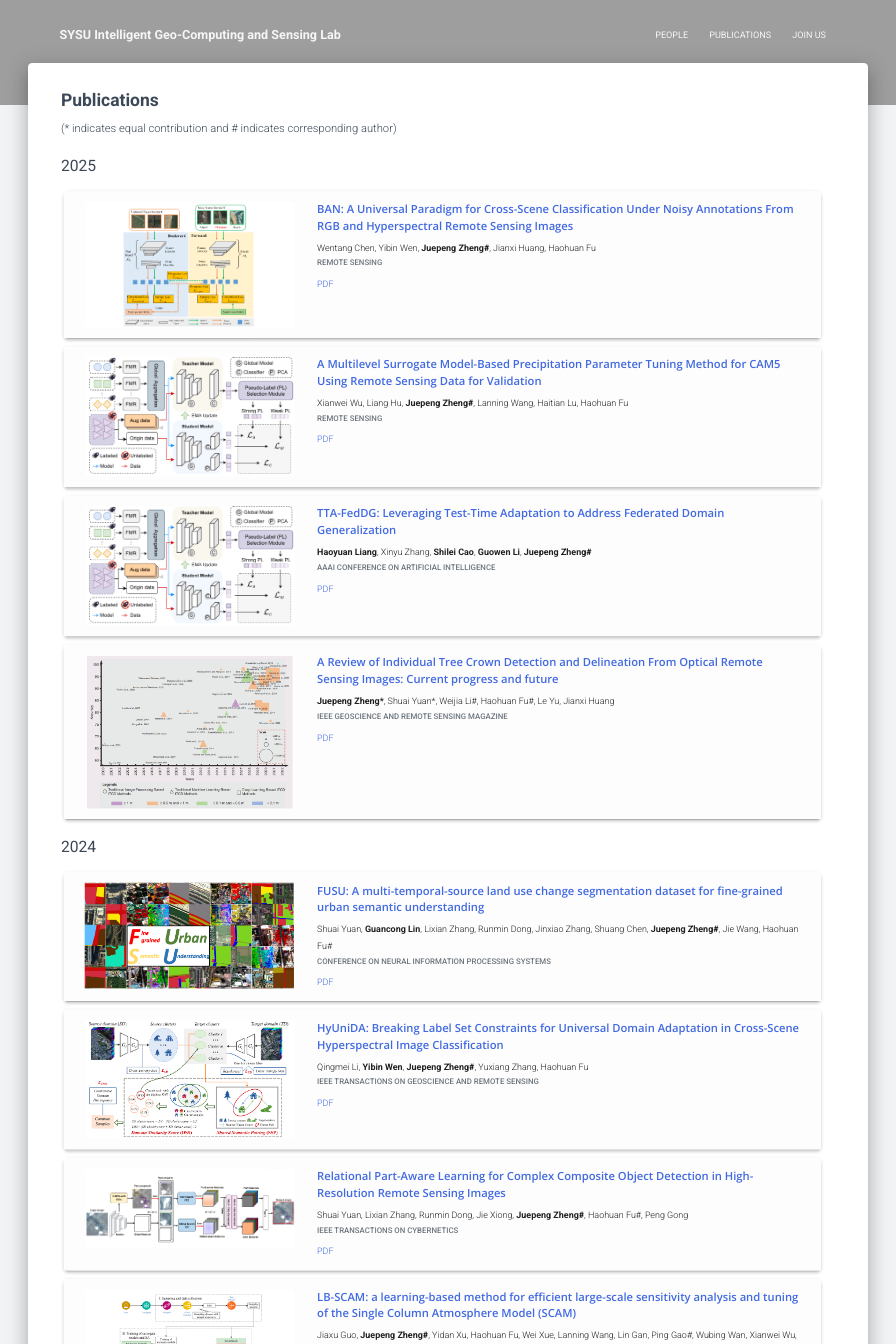
Repository: rssysu/rssysu.github.io
Page: pub.html
These files come from the project's save history. The page is drawn as it stood at one moment and after the next save; the edit follows.
The browser window is 1280 px wide. The pictures show the part of the page from y = 0 to 1920 px (the page is 4863 px tall before and 4822 px after), at 70% of full size.
Pictures or frames that could not be fetched are drawn as grey boxes. Some web libraries are served in a nearby version.

Above is the page before, as saved 2025-03-21 19:24:30.

After the next save:
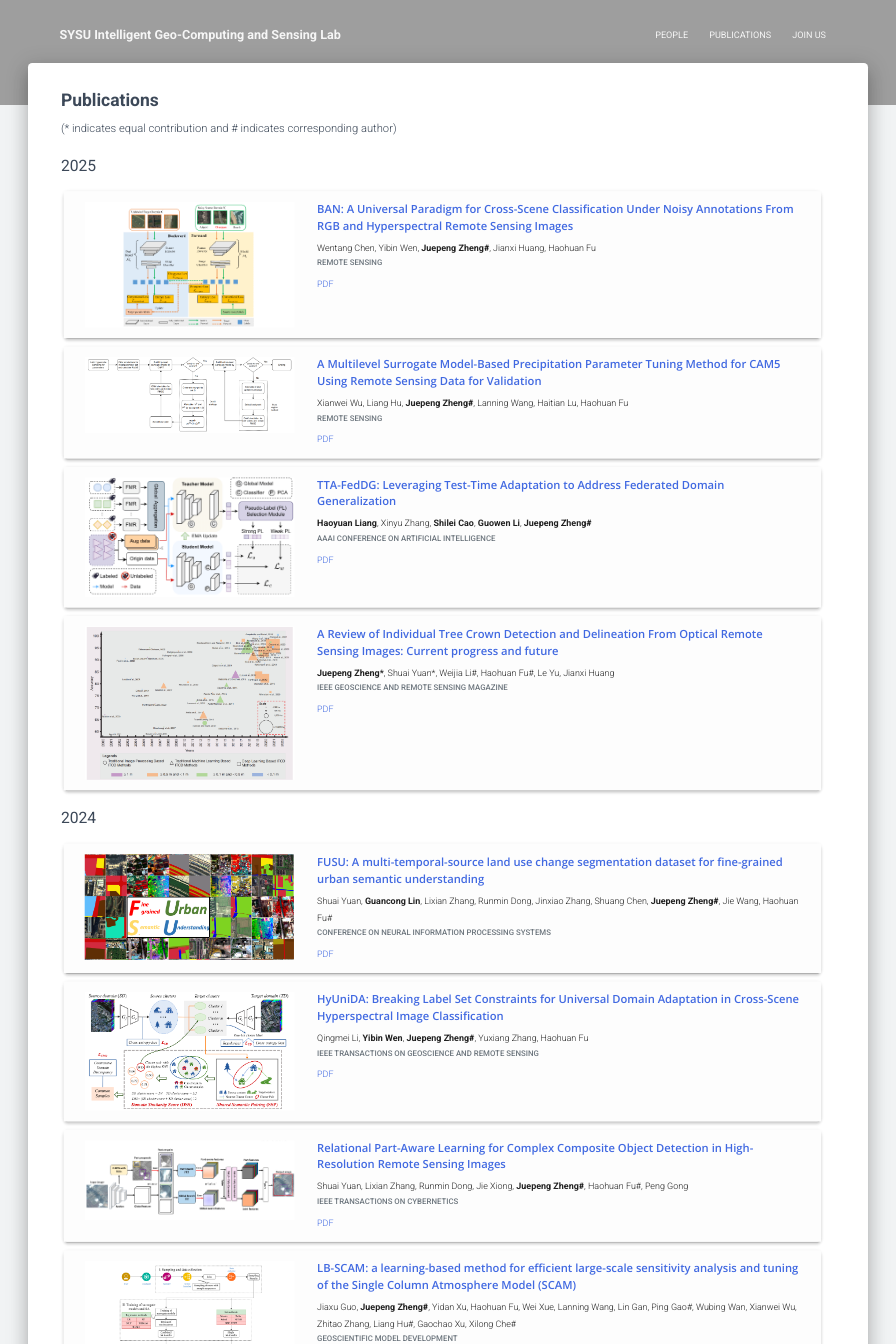
Saved 2 min 56 s later.
--- a/pub.html
+++ b/pub.html
@@ -88,7 +88,7 @@
         <div class="row-pub all">
           <div class="card" style="width: 97%;">
             <div class="card-body" style="background-color: rgb(253, 253, 253);">
-              <img class="card-pic-left" src="assets/paper/fedtta.png" width=300px>
+              <img class="card-pic-left" src="assets/paper/ams.png" width=300px>
               <h4 class="card-title" style="margin-top: -0.1em;"><a href="assets/paper/ams.pdf">A Multilevel Surrogate Model-Based Precipitation Parameter Tuning Method for CAM5 Using Remote Sensing Data for Validation</a>  </h4>
               <p class="card-text">Xianwei Wu, Liang Hu, <b>Juepeng Zheng#</b>, Lanning Wang, Haitian Lu, Haohuan Fu</p>
               <h6 class="card-subtitle mb-2 text-muted">Remote Sensing</h6>
